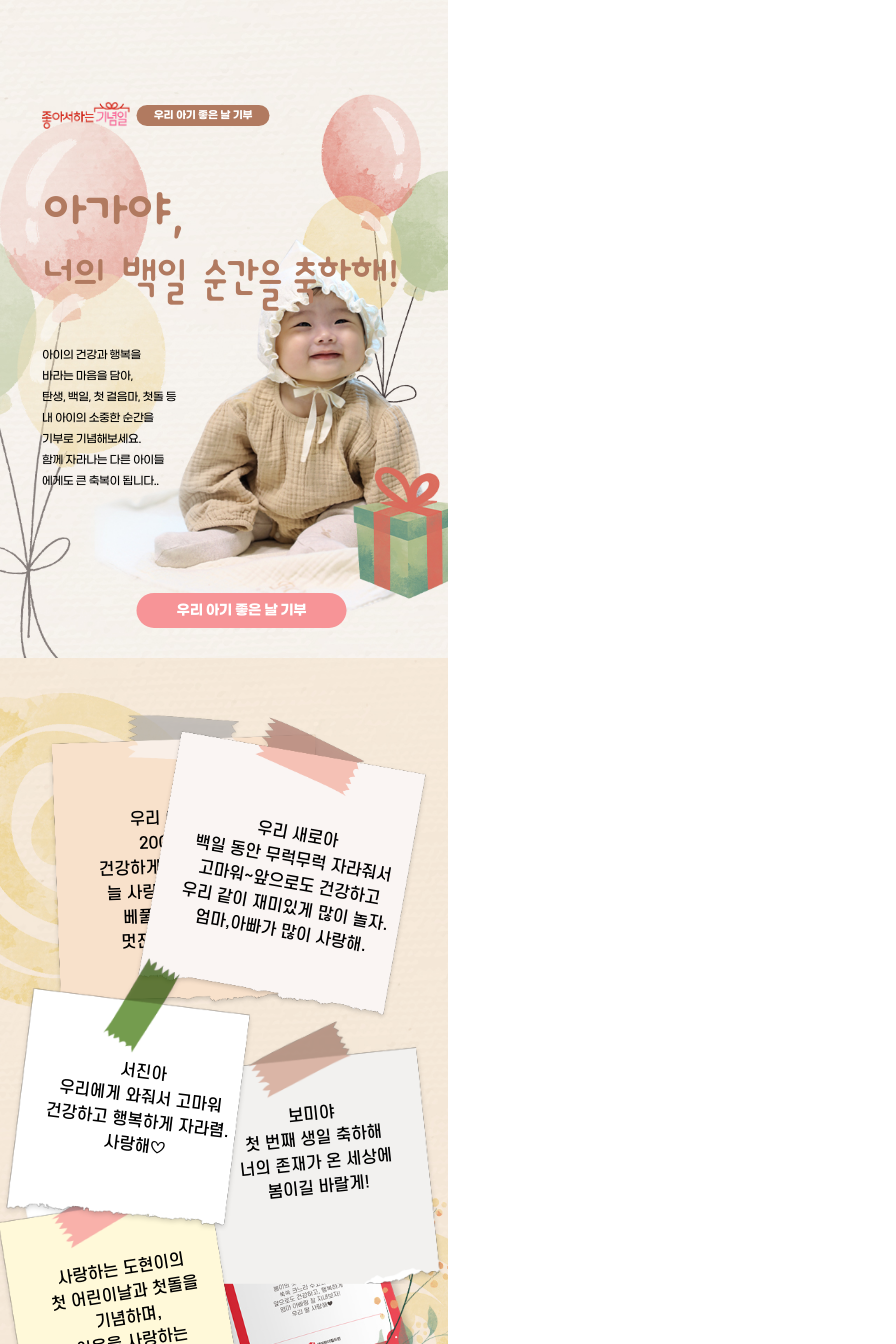
Repository: dlgywls1130/save_children_m
Page: index.html
These files come from the project's save history. The page is drawn as it stood at one moment and after the next save; the edit follows.
The browser window is 1280 px wide. The pictures show the part of the page from y = 0 to 1920 px (the page is 8198 px tall), at 70% of full size.

Above is the page before, as saved 2023-12-13 18:49:24.

### index.html
<!DOCTYPE html>
<html lang="en">
<head>
    <meta charset="UTF-8">
    <meta name="viewport" content="width=device-width, initial-scale=1.0">
    <title>세이브더칠드런</title>

    <link rel="stylesheet" href="./css/reset.css">
    <link rel="stylesheet" href="./css/style.css">

</head>
<body>
    <div class="content_body">
        <section class="section_wrapper section01">
            <div class="se01 se_wrapper">
                <div class="se01_sub">
                    <div class="sub_logo">
                        <img src="./img/logo01.png" alt="logo">
                    </div>
                    <p>우리 아기 좋은 날 기부</p>
                </div>
                <p class="seo01_title">
                    아가야,
                </p>
                <p class="seo01_title_two">
                    너의 <span id="rollingText">탄생</span> 순간을 축하해!
                </p>
                <p class="section_descript mb-45">
                    아이의 건강과 행복을
                    <br>바라는 마음을 담아,
                    <br>탄생, 백일, 첫 걸음마, 첫돌 등
                    <br>내 아이의 소중한 순간을
                    <br>기부로 기념해보세요.
                    <br>함께 자라나는 다른 아이들
                    <br>에게도 큰 축복이 됩니다..
                </p>

                <a class="donation_link" href="javascript:void(0)">우리 아기 좋은 날 기부</a>
            </div>
        </section>
        <section class="section_wrapper section02">
            <div class="se02 se_wrapper">
                <div class="postit_wrapper">
                    <div class="postit postit01">
                        <p>우리 아들 우현이의<br>
                        200일을 축하해.<br>
                        건강하게 자라줘서 고마워 ❤<br>
                        늘 사랑받고 받은 사랑만큼<br>
                        베풀 수 있는 건강하고<br>
                        멋진 아들이 되길 바래!</p>
                    </div>
                    <div class="postit postit02">
                        <p>우리 새로아<Br>
                        백일 동안 무럭무럭 자라줘서<Br>
                        고마워~앞으로도 건강하고<Br>
                        우리 같이 재미있게 많이 놀자.<Br>
                        엄마,아빠가 많이 사랑해.</p>
                    </div>
                    <div class="postit postit03">
                        <p>서진아<br>
                        우리에게 와줘서 고마워<br>
                        건강하고 행복하게 자라렴.<br>
                        사랑해♡      </p>
                    </div>
                    <div class="postit postit04">
                        <p>보미야<br>
                        첫 번째 생일 축하해<br>
                        너의 존재가 온 세상에<br>
                        봄이길 바랄게!   </p>
                    </div>
                    <div class="postit postit05">
                        <p>사랑하는 도현이의<br>
                        첫 어린이날과 첫돌을<br>
                        기념하며, <br>
                        이웃을 사랑하는<br>
                        멋진 사람으로 자라길</p>

                    </div>
                </div>
                <p class="ex_text">*소개한 사연은 모두 실제 사연입니다.</p>

            </div>
        </section>
        <section class="section_wrapper section03">
            <div class="se_wrapper se03">
                <div class="se_title_co">
                    아기의 좋은 날을 기념해 주신 모든 분들께
                    <br>후원감사증서를 보내드립니다.
                </div>
                <div class="se_sub_co">
                    후원감사증서는 아기에게 남기고 싶은 메시지와 아기의 좋은 날이 담긴 사진을 보관할 수 있도록
                    <br>만들어드립니다. 먼 훗날, 아기가 성장해 읽게 될 날을 그리며 편지를 써보세요.
                </div>
            </div>

        </section>
        <section class="section_wrapper section04">
            <div class="se_wrapper se04">
                <div class="se_title_co">
                    이름 자수 순면거즈블랭킷
                </div>
                <div class="se_sub_co">
                    30만원 이상 후원하신 분들께는 순면 거즈 아기 블랭킷(90*110)에
                    <Br>원하시는 이름(영문)을 예쁘게 수놓아 드립니다.
                </div>

                <div class="se04_slide mt-85">
                    <div class="se04_slide_list">
                        <img src="./img/slide01.jpg">
                    </div>
                    <div class="se04_slide_list">
                        <img src="./img/slide02.jpg">
                    </div>
                    <div class="se04_slide_list">
                        <img src="./img/slide03.jpg">
                    </div>
                </div>
            </div>
        </section>
        <section class="section_wrapper section05">
            <div class="se_wrapper se05">
                <div class="se_title_co">
                    후원신청 과정
                </div>

                <div class="se_step_list">
                    <div class="se_step">
                        <p class="step_number">1</p>
                        <div class="step_ico">
                            <img src="./img/icon01.png" alt="img">
                        </div>
                        <p class="step_descript">
                            후원신청하기
                        </p>
                    </div>
                    <div class="se_step">
                        <p class="step_number">2</p>
                        <div class="step_ico">
                            <img src="./img/icon02.png" alt="img">
                        </div>
                        <p class="step_descript">
                            후원감사증서
                            <br>메시지 적기
                        </p>
                    </div>
                    <div class="se_step">
                        <p class="step_number">3</p>
                        <div class="step_ico">
                            <img src="./img/icon03.png" alt="img">
                        </div>
                        <p class="step_descript">
                            신청완료
                        </p>
                    </div>
                    <div class="se_step">
                        <p class="step_number">4</p>
                        <div class="step_ico">
                            <img src="./img/icon04.png" alt="img">
                        </div>
                        <p class="step_descript">
                            후원감사증서 발송
                            <Br>(1주 이내)
                        </p>
                    </div>
                </div>

                <div class="se_sub_co mt-100">
                    30만원 이상 후원해 주신 경우,
                    <br>감사 선물 수령 주소 및 아기 블랭킷에 새겨질 문구 확인을 위한 문자가 발송됩니다.
                </div>

                <a class="donation_link" href="javascript:void(0)">우리 아기 좋은 날 기부</a>
            </div>

        </section>
        <section class="section_wrapper section06">
            <div class="se_wrapper se06">
                <div class="se_title_co">
                    후원금, 이렇게 쓰여요!
                </div>
                <div class="se_sub_co">
                    세이브더칠드런은 <span>국내외 아동을 위한 교육,
                    <Br>보호, 보건영양지원, 아동권리옹호</span> 등의 활동을 해나가고 있습니다.
                </div>
                <div class="se_sub_co">
                    보내주신 후원금은 정치, 종교, 인종에 관계없이 모든 아이를 구해야 한다는
                    <Br>세이브더칠드런의 신념에 따라 <span>가장 도움 필요한 아이를 위해 우선 사용</span>됩니다.
                </div>
            </div>

        </section>
        <section class="section_wrapper section07">
            <div class="se_wrapper se07">
                <div class="se_title_co">
                    FAQ
                </div>
                <div class="accordion">
                    <div class="accordion-item">
                        <h3 class="title">
                            <span>1. 30만원 이상 후원했습니다. 거즈 순면 블랭킷은 언제 오나요?</span>
                            <img src="./img/top.png">
                        </h3>
                        <p class="paragraph">
                            우리아기 축하기부로 30만원 이상 후원자님들께는 담요에 수놓을 아기 이름과
                            <Br>선물 수령 주소 확인을 위한 문자가 발송됩니다.
                            <br>02-6900-4479로 발송되는 문자 속 설문조사에 답해주세요.
                            <br>확인을 완료하신 분들께는 블랭킷 제작을 담당하고 있는 조니 스튜디오에서
                            <br>아기 이름 자수 작업 완료 후 배송해 드립니다.

                        </p>
                    </div>
                    <div class="accordion-item">
                        <h3 class="title">
                            <span>2. 거즈 순면 블랭킷, 안전한 제품인가요?</span>
                            <img src="./img/top.png">
                        </h3>
                        <p class="paragraph">
                            본 블랭킷은 워싱된 3중 거즈로 제작되었으며, KC안전검사를 완료하였습니다.
                            소재 특성상 섬유 조각이 발생할 수 있어 망에 넣지 않고 3번 정도 물빨래 하시는 것을 권장합니다.

                        </p>
                    </div>
                    <div class="accordion-item">
                        <h3 class="title">
                            <span>3. 거즈 순면 블랭킷을 받았는 데 하자가 있어요. 어떻게 해야 하나요? </span>
                            <img src="./img/top.png">
                        </h3>
                        <p class="paragraph">
                            070-4220-4123 (조니스튜디오 CS)로 전화 연락 부탁드립니다. 하자 물품에 대한 교환은 수령일로부터 7일 이내에 조니스튜디오에 연락해주셔야 하며, 이로 인한 후원금 환불은 어렵습니다.
                        </p>
                    </div>
                    <div class="accordion-item">
                        <h3 class="title">
                            <span>4. 후원감사증서에 넣을 수 있는 사진 사이즈는 얼마인가요?</span>
                            <img src="./img/top.png">
                        </h3>
                        <p class="paragraph">
                            사진 인화 사이즈 5*7 인치에 맞추어서 제작되었습니다.  그보다 작은 사진일 경우, 후원감사증서
                            내부의 주머니에 넣어 보관하실 수도  있습니다.

                        </p>
                    </div>
                </div>
            </div>

        </section>
        <section class="section_wrapper section08">
            <div class="se_wrapper se08">
                <div class="se08_postion">
                    <p class="se08_title">우리 아기 좋은 날 기부</p>
                    <p class="se08_descript">
                        탄생, 백일, 첫 걸음마, 첫돌...
                        <br>소중한 우리 아기의 성장을 기념해 보세요!
                        <br>아기의 좋은 날이 모여 세상의 행복이 됩니다.
                    </p>
                    <a href="javascript:void(0)" class="more_btn">
                        <p>자세히보기</p>
                        <svg xmlns="http://www.w3.org/2000/svg" width="16" height="16" fill="currentColor" class="bi bi-chevron-right" viewBox="0 0 16 16">
                            <path fill-rule="evenodd" d="M4.646 1.646a.5.5 0 0 1 .708 0l6 6a.5.5 0 0 1 0 .708l-6 6a.5.5 0 0 1-.708-.708L10.293 8 4.646 2.354a.5.5 0 0 1 0-.708z"/>
                        </svg>
                    </a>
                </div>

            </div>
        </section>
    </div>

    <script src="https://ajax.googleapis.com/ajax/libs/jquery/1.12.4/jquery.min.js"></script>
    <script src="./js/main.js"></script>
</body>
</html>

### css/style.css

/* root */
:root{
    --main-color:#B17A60;
    --pink-color:#F79497;
}


/* font */

/* dongle */
@font-face {
    font-family: 'Dongle';
    font-weight: 300;
    src: url('../font/Dongle-Light.ttf') format('ttf'),
    url('../font/Dongle-Light.woff') format('woff');
}

@font-face {
    font-family: 'Dongle';
    font-weight: 500;
    src: url('../font/Dongle-Regular.ttf') format('ttf'),
    url('../font/Dongle-Regular.woff') format('woff');
}

@font-face {
    font-family: 'Dongle';
    font-weight: 700;
    src: url('../font/Dongle-Bold.ttf') format('ttf'),
    url('../font/Dongle-Bold.woff') format('woff');
}


/* Gmarket */
@font-face {
    font-family: 'GmarketSans';
    font-weight: 300;
    src: url('../font/GmarketSansLight.ttf') format('ttf'),
    url('../font/GmarketSansLight.woff') format('woff');
}

@font-face {
    font-family: 'GmarketSans';
    font-weight: 500;
    src: url('../font/GmarketSansMedium.ttf') format('ttf'),
    url('../font/GmarketSansMedium.woff') format('woff');
}

@font-face {
    font-family: 'GmarketSans';
    font-weight: 700;
    src: url('../font/GmarketSansBold.ttf') format('ttf'),
    url('../font/GmarketSansBold.woff') format('woff');
}


/* nanumsqure */

@font-face {
    font-family: 'NanumSquare';
    font-weight: 400;
    src: url('../font/NanumSquareL.ttf') format('ttf'),
    url('../font/NanumSquareL.woff') format('woff');
}

@font-face {
    font-family: 'NanumSquare';
    font-weight: 500;
    src: url('../font/NanumSquareR.ttf') format('ttf'),
    url('../font/NanumSquareR.woff') format('woff');
}

@font-face {
    font-family: 'NanumSquare';
    font-weight: 600;
    src: url('../font/NanumSquareB.ttf') format('ttf'),
    url('../font/NanumSquareB.woff') format('woff');
}

@font-face {
    font-family: 'NanumSquare';
    font-weight: 700;
    src: url('../font/NanumSquareEB.ttf') format('ttf'),
    url('../font/NanumSquareEB.woff') format('woff');
}



/* scdream5 */
@font-face {
    font-family: 'SCDream5';
    src: url('../font/SCDream5.woff') format('woff'),
    url('../font/SCDream5.ttf') format('ttf'),
    url('../font/SCDream5.otf') format('otf');
}


.section_wrapper{
    max-width:1920px;
    width: 100%;

}

.se_wrapper{
    max-width: 640px;
    width: 100%;
    position: relative;
    box-sizing: border-box;
}


/* section01 */


.section01{
    background: url('../img/back01.jpg') no-repeat;
    height: 940px;

}

.se01{
    padding: 145px 10px 92px 60px;
    box-sizing: border-box;
}
.se01_sub{
    display: flex;
    align-items: center;
    margin-bottom: 70px;
}

.sub_logo{
    width: 125px;
    height: 40px;
    margin-right: 10px;
}

.sub_logo img{
    width: 100%;
    height: 100%;
    object-fit: contain;
}

.se01_sub p{
    width: 190px;
    height: 30px;
    background: #B17A60;
    border-radius: 15px;
    display: flex;
    align-items: center;
    justify-content: center;
    letter-spacing: -0.03em;
    font-size: 15px;
    font-weight: 700;
    font-family: 'GmarketSans',sans-serif;
    color: #fff;
}

.seo01_title{
    font-family: 'Dongle',sans-serif;
    font-weight: 500;
    font-size: 120px;
    color: var(--main-color);
    letter-spacing: -0.03em;
}

.seo01_title_two{
    font-family: 'Dongle',sans-serif;
    font-weight: 500;
    font-size: 90px;
    color: var(--main-color);
    letter-spacing: -0.03em;
    margin-top: -4%;
    margin-bottom: 50px;
    display: flex;
    align-items: center;
}

.seo01_title_two span{
    margin: 0 1.5rem;
}
.section_descript{
    font-size: 20x;
    line-height: 30px;
    font-family: 'GmarketSans';
    font-weight: 500;
    letter-spacing: -0.03em;
    color: #000;
}

.donation_link{
    width: 300px;
    height: 50px;
    border-radius: 100px;
    display: flex;
    align-items: center;
    justify-content: center;
    background: var(--pink-color);
    color: #fff;
    font-family: 'GmarketSans';
    font-size: 20px;
    font-weight: 700;
    letter-spacing: -0.03em;
    text-decoration: none;
    margin: 145px auto 0;
}


@keyframes roll {
    from {
        transform: translateY(40%);
        opacity: 0;
    }
    to {
        transform: translateY(0);
        opacity: 1;
    }
  }


  #rollingText.animate-text {
    animation: roll 0.5s ease-in-out;
}

/* section02 */

.section02{
    height: 1340px;
    background: url('../img/back03.jpg') no-repeat;
}

.se02{
    padding: 76px 0 96px;
    box-sizing: border-box;
    height: 100%;
}
.postit_wrapper{
    width: 100%;
    position: relative;
    height: 1123px;
}

.ex_text{
    font-family: 'GmarketSans';
    font-size: 20px;
    font-weight: 500;
    letter-spacing: -0.03em;
}

.postit {
    position: absolute;
}
.postit p{
    font-family: 'SCDream5';
    font-size: 23px;
    line-height: 35px;
    text-align: center;
    display: flex;
    justify-content: center;
    align-items: center;
    height: 100%;
}

.postit01{
    background:url('../img/post04.png') no-repeat;
    width: 438px;
    height: 438px;
    background-size: contain;
    box-sizing: border-box;
    left: 64px;
    top: 0;

}

.postit01 p{
    transform: rotate(358deg);
    padding-top: 20px;
}

.postit02{
    background: url('../img/post05.png') no-repeat;
    width: 450px;
    height: 450px;
    background-size: contain;
    box-sizing: border-box;
    top: 0;
    right: 0;

}

.postit02 p{
    transform: rotate(10deg);
    padding-top: 20px;
}

.postit03{
    background:url('../img/post02.png') no-repeat;
    width: 400px;
    height: 400px;
    background-size: contain;
    box-sizing: border-box;
    left: 0;
    top: 31%;
    z-index: 1;
}

.postit03 p{
    transform: rotate(7deg);
    padding-top: 20px;
}

.postit04{
    background: url(../img/post03.png) no-repeat;
    width: 380px;
    height: 380px;
    background-size: cover;
    box-sizing: border-box;
    top: 39%;
    right: 0;
}

.postit04 p{
    transform: rotate(354deg);
}

.postit05{
    background:url('../img/post01.png') no-repeat;
    width: 390px;
    height: 390px;
    background-size: contain;
    box-sizing: border-box;
    top: 58%;
    left: -13px;
}

.postit05 p{
    transform: rotate(-9deg);
    padding-top: 20px;
}

/* section03 */

.section03{
    height: 1340px;
    background: url('../img/back04.jpg') no-repeat;
}

.se03{
    padding: 123px 0 96px;
    box-sizing: border-box;
    height: 100%;
}


.se_title_co{
    font-size: 120px;
    line-height: 120px;
    letter-spacing: -0.03em;
    font-family: 'Dongle';
    font-weight: 500;
    color: var(--main-color);
    text-align: center;
}

.se_sub_co{
    font-size: 25px;
    letter-spacing: -0.03em;
    line-height: 50px;
    font-family: 'GmarketSans';
    font-weight: 500;
    text-align: center;
    margin-top: 50px;
}

/* section04 */

.section04{
    height: 1340px;
    background: url('../img/back05.jpg') no-repeat;
}

.se04{
    padding: 120px 0 130px;
    box-sizing: border-box;
    height: 100%;
}

.se04_slide{
    width: 944px;
    margin: 0 auto;
}


.slick-prev,
.slick-next {
    background: transparent;
    border: none;
    cursor: pointer;
    font-size: 0;
}

.slick-prev {

    width: 48px;
    height: 40px;
    position: absolute;
    left: -6%;
    top: 50%;
    transform: translateY(-50%);
    z-index: 1;
    background-size: contain;
}

.slick-next {

    width: 48px;
    height: 40px;
    position: absolute;
    right: -6%;
    top: 50%;
    transform: translateY(-50%);
    background-size: contain;
}

.slick-next  img,
.slick-prev img{
    width: 100%;
    height: 100%;
    object-fit: contain;
}

/* section05 */
.section05{
    height: 1080px;
    background: url('../img/back07.jpg') no-repeat;
}

.se05{
    padding: 150px 0 140px;
    box-sizing: border-box;
    height: 100%;
}

.se_step_list{
    display: flex;
    align-content: center;
    column-gap: 88px;
    margin-top: 90px;
    position: relative;
}

.se_step_list::after{
    position: absolute;
    content: '';
    top: 38%;
    transform: translate(0,-50%);
    border-top: 2px dashed var(--pink-color);
    width: 100%;
}

.se_step_list .se_step{
    position: relative;
}

.step_number{
    font-size: 25px;
    letter-spacing: -0.03em;
    line-height: 35px;
    font-weight: 700;
    font-family: 'GmarketSans';
    position: absolute;
    left: 19%;
    top: 0;
    color: var(--main-color);
    z-index: 2;
}

.se_step_list .se_step .step_ico{
    width: 200px;
    height: 200px;
    border-radius: 50%;
    background-color: #fff;
    display: flex;
    align-items: center;
    justify-content: center;
    position: relative;
    z-index: 1;
}

.se_step_list .se_step .step_ico img {
    width: 138px;
    height: 138px;
    object-fit: contain;
    object-position: 73%;
}

.step_descript{
    font-size: 20px;
    letter-spacing: -0.03em;
    line-height: 23px;
    font-weight: 500;
    font-family: 'GmarketSans';
    text-align: center;
    margin-top: 20px;
    color: var(--main-color);
}

.se_step_list .se_step:first-child .step_ico::before{
    display: none;
}

.se_step_list .se_step:last-child .step_ico::after{
    display: none;
}

.se_step_list .step_ico::before{
    position: absolute;
    content: '';
    top: 50%;
    left: -5px;
    transform: translate(0,-50%);
    width: 10px;
    height: 10px;
    border-radius: 50%;
    background-color: var(--pink-color);
}


.se_step_list .step_ico::after{
    position: absolute;
    content: '';
    top: 50%;
    right: -5px;
    transform: translate(0,-50%);
    width: 10px;
    height: 10px;
    border-radius: 50%;
    background-color: var(--pink-color);
}

/* section06 */
.section06{
    height:700px;
    background: url('../img/back06.jpg') no-repeat;
}

.se06{
    padding: 150px 0;
    height: 100%;
    box-sizing: border-box;
}


.se_sub_co span{
    font-weight: 700;
}
/* section07 */

.section07{
    height:1080px;
    background: url('../img/back02.jpg') no-repeat;
}

.se07{
    padding: 100px 0;
    height: 100%;
    box-sizing: border-box;
}


.accordion{
    margin-top: 80px;
}
.accordion-item {
    padding:15px 0;
    margin: 0;
    overflow: hidden;
}

.accordion-item .title {
    display: flex;
    justify-content: space-between;
    align-items: center;
    font-weight: 700;
    font-size: 30px;
    letter-spacing: -0.03em;
    cursor: pointer;
    width: 100%;
    height: 80px;
    border-radius: 50px;
    background-color: #fff;
    color: var(--main-color);
    padding: 0 30px;
    font-family: 'GmarketSans';
    box-sizing: border-box;
}

.accordion-item .title img {
    font-size: 0.9rem;
    color: #454545;
    transform: rotate(0);
    transition: transform 0.15s ease;
}

.accordion-item .paragraph {
    font-weight: 500;
    font-size: 25px;
    letter-spacing: -0.03em;
    color: #000;
    display: none;
    padding: 50px 70px 35px;
    list-style: inside;
    line-height: 50px;
    font-family: 'GmarketSans';
}

.accordion-item .paragraph .indent{
    text-indent: 1rem;
}


.accordion-item .paragraph span{
    font-weight: bold;
}

.accordion-item.active .title img{
    transform: rotate(180deg);
}

.accordion-item.active .paragraph {
    display: block;
}


/* section08 */

.section08{
    height:378px;
    background: url('../img/banner.jpg') no-repeat;
}
.se08{
    position: relative;
    height: 100%;
}

.se08_postion{
    position: absolute;
    top: 80px;
    left: 50%;
}

.se08_title{
    font-family: 'NanumSquare';
    font-weight: 600;
    font-size: 23px;
    letter-spacing: -0.05em;
    line-height: 50px;
    position: relative;
}

.se08_title::before{
    position: absolute;
    content: '';
    top: -7px;
    width: 32px;
    height: 3px;
    background-color:#543F2C;
    left: 0;
}

.se08_descript{
    font-family: 'NanumSquare';
    font-weight: 500;
    font-size: 19px;
    line-height: 28px;
    letter-spacing: -0.06em;
}

.more_btn{
    margin-top: 38px;
    width: 150px;
    height: 40px;
    background: #543F2C;
    display: flex;
    align-items: center;
    justify-content: center;
    text-decoration: none;
}

.more_btn p{
    font-family: 'NanumSquare';
    font-weight: 500;
    font-size: 18px;
    color: #fff;

}

.more_btn svg{
    fill: #fff;
}

Loaded but not shown: js/main.js (46 lines, source omitted); css/reset.css (45 lines, source omitted)

After the next save:
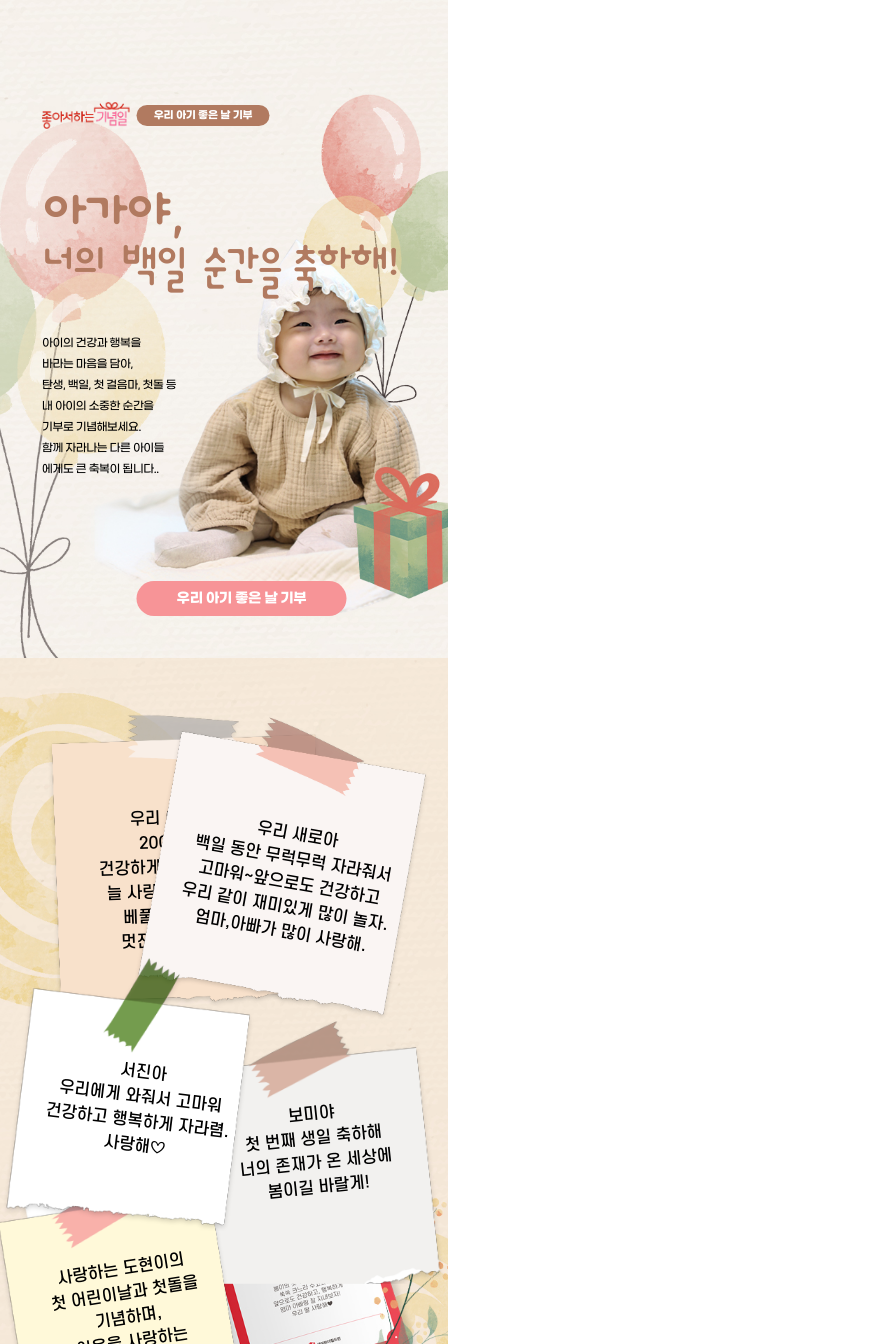
Saved 56 s later.
--- a/css/style.css
+++ b/css/style.css
@@ -169,7 +169,7 @@
     font-size: 90px;
     color: var(--main-color);
     letter-spacing: -0.03em;
-    margin-top: -4%;
+    margin-top: -7%;
     margin-bottom: 50px;
     display: flex;
     align-items: center;
